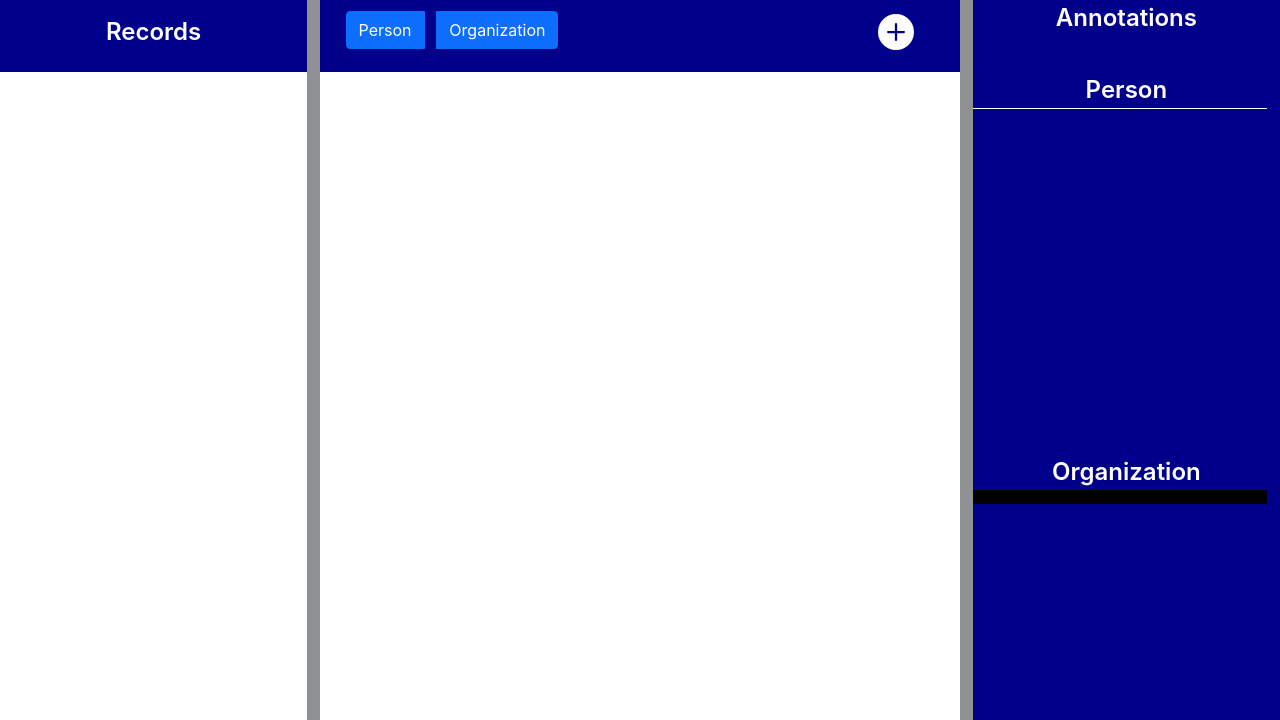
Repository: napan24/classforma_assignment
Page: / (app in client/)
These files come from the project's save history. The page is drawn as it stood at one moment and after the next save; the edit follows.
The browser window is 1280 px wide. The pictures show the whole page.
The project was rebuilt for these pictures with package versions that can differ from the ones it lists, and the page was loaded fresh each time. Also part of the build but not shown: client/src/App.css.

Above is the page before, as saved 2022-07-20 15:28:51.

After the next save:
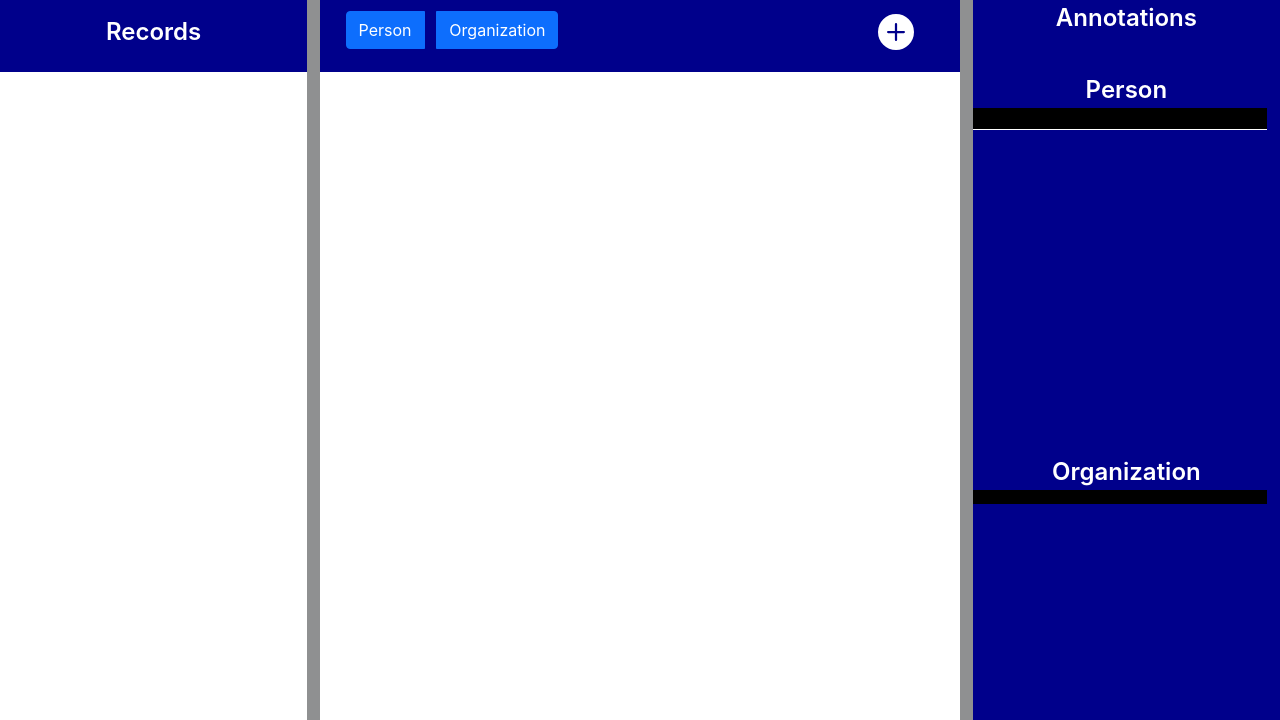
Saved 36 s later.
--- a/client/src/Home.js
+++ b/client/src/Home.js
@@ -90,7 +90,7 @@
                     </div>
                     <div style={{ width: "24vw", height: "48vh", backgroundColor: "#00008b", textAlign: 'center', fontSize: '150%', color: "white", fontWeight: "600", zIndex:"2", overflowY: "scroll" }}>
                         {personName && personName.map((user) => (
-                            <div style={{ width: "23vw",backgroundColor: "black", color: "white", fontSize: "3vh",borderBottom:'1px solid white' }}>
+                            <div style={{ width: "23vw",backgroundColor: "black", color: "white", height: "3vh",borderBottom:'1px solid white' }}>
                                 {user}
                             </div>
                         ))}

After the 4 saves that followed:
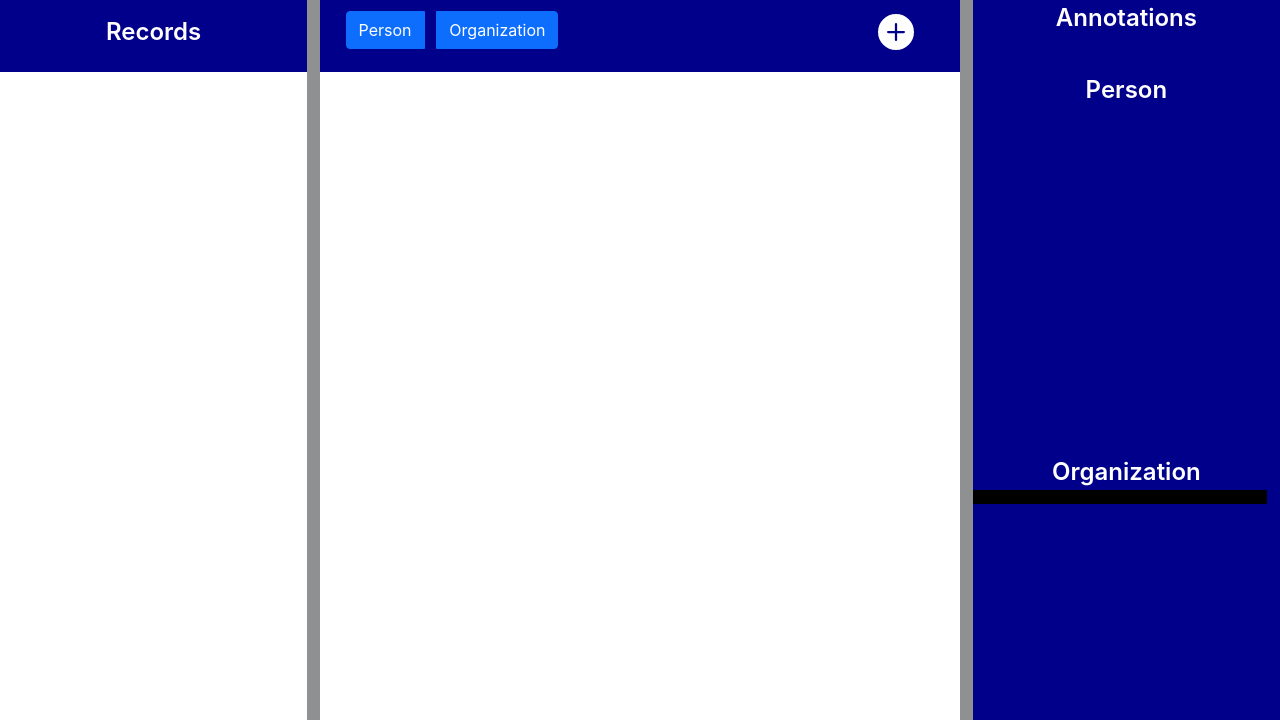
The 4 saves are shown as one change because 3 left the picture as it was.
The last was saved 57 s later.
--- a/client/src/Home.js
+++ b/client/src/Home.js
@@ -90,7 +90,7 @@
                     </div>
                     <div style={{ width: "24vw", height: "48vh", backgroundColor: "#00008b", textAlign: 'center', fontSize: '150%', color: "white", fontWeight: "600", zIndex:"2", overflowY: "scroll" }}>
                         {personName && personName.map((user) => (
-                            <div style={{ width: "23vw",backgroundColor: "black", color: "white", height: "3vh",borderBottom:'1px solid white' }}>
+                            user.length>0&&<div style={{ width: "23vw",backgroundColor: "black", color: "white", height: "3vh",fontSize:"2vh",borderBottom:'1px solid white' }}>
                                 {user}
                             </div>
                         ))}
